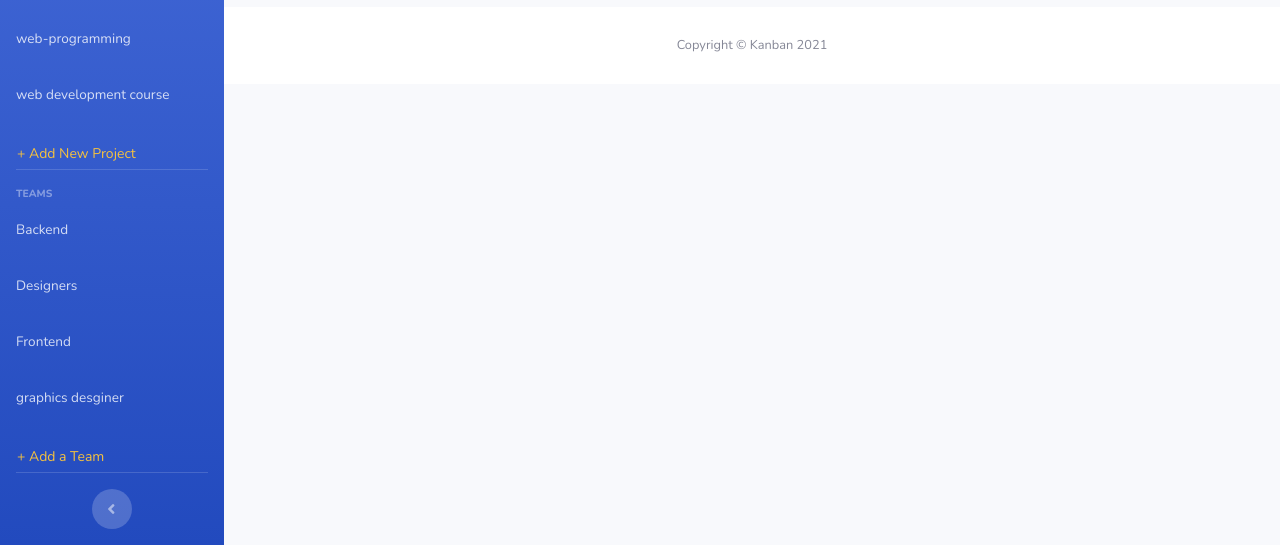
Repository: hassan-0184/webproject.github.io
Page: http://localhost/
These files come from the project's save history. The page is drawn as it stood at one moment and after the next save; the edit follows.
The browser window is 1280 px wide. The pictures show the part of the page from y = 494 to 1039 px (the page is 1039 px tall).
Pictures or frames that could not be fetched are drawn as grey boxes. The page is run by PHP 8.4 with error messages shown; the project is at /var/www/html/. The session is filled in as if someone had signed in: {"member_id": 1}. Other server files are loaded and not shown. The database holds what the project's SQL file puts in it.

Above is the page before, as saved 2022-05-23 12:43:48.
Console error: TypeError: Cannot read properties of null (reading 'length')

### index.php
<?php include "header.php" ?>

        <!-- Content Wrapper -->
        <div id="content-wrapper" class="d-flex flex-column">

            <!-- Main Content -->
            <div id="content">

                <!-- Topbar -->
                <nav class="navbar navbar-expand navbar-light bg-white topbar mb-4 static-top shadow">

                    <!-- Sidebar Toggle (Topbar) -->
                    <button id="sidebarToggleTop" class="btn btn-link d-md-none rounded-circle mr-3">
                        <i class="fa fa-bars"></i>
                    </button>

                    <!-- Topbar Navbar -->
                    <ul class="navbar-nav ml-auto">


                        <div class="topbar-divider d-none d-sm-block"></div>

                        <!-- Nav Item - User Information -->
                        <li class="nav-item dropdown no-arrow">
                            <a class="nav-link dropdown-toggle" href="#" id="userDropdown" role="button"
                                data-toggle="dropdown" aria-haspopup="true" aria-expanded="false">
                                <span class="mr-2 d-none d-lg-inline text-gray-600 small"><?php echo $member_info['0']['m_name']; ?></span>
                                <img class="img-profile rounded-circle"
                                    src="img/undraw_profile.svg">
                            </a>
                            <!-- Dropdown - User Information -->
                            <div class="dropdown-menu dropdown-menu-right shadow animated--grow-in"
                                aria-labelledby="userDropdown">

                                <a class="dropdown-item" href="#logout.php" data-toggle="modal" data-target="#logoutModal">
                                    <i class="fas fa-sign-out-alt fa-sm fa-fw mr-2 text-gray-400"></i>
                                    Logout
                                </a>
                            </div>
                        </li>

                    </ul>

                </nav>
                <!-- End of Topbar -->
            <!-- Footer -->
            <center>


        <div>
            <!-- Google Map Copied Code -->
            <iframe src=
"https://www.google.com/maps/embed?pb=!1m18!1m12!1m3!1d3506.2233913121413!2d77.4051603706222!3d28.50292593193056!2m3!1f0!2f0!3f0!3m2!1i1024!2i768!4f13.1!3m3!1m2!1s0x390ce626851f7009%3A0x621185133cfd1ad1!2sGeeksforGeeks!5e0!3m2!1sen!2sin!4v1585040658255!5m2!1sen!2sin"
                    width="400"
                    height="400"
                    frameborder="0"
                    style="border:0;"
                    allowfullscreen=""
                    aria-hidden="false"
                    tabindex="0">
            </iframe>
        </div>
    </center>
            <footer class="sticky-footer bg-white">
                <div class="container my-auto">

                    <div class="copyright text-center my-auto">
                        <span>Copyright &copy; Kanban 2021</span>
                    </div>
                </div>
            </footer>
            <!-- End of Footer -->

        </div>
        <!-- End of Content Wrapper -->

    </div>
    <!-- End of Page Wrapper -->

    <!-- Scroll to Top Button-->
    <a class="scroll-to-top rounded" href="#page-top">
        <i class="fas fa-angle-up"></i>
    </a>

    <!-- Logout Modal-->
    <div class="modal fade" id="logoutModal" tabindex="-1" role="dialog" aria-labelledby="exampleModalLabel"
        aria-hidden="true">
        <div class="modal-dialog" role="document">
            <div class="modal-content">
                <div class="modal-header">
                    <h5 class="modal-title" id="exampleModalLabel">Ready to Leave?</h5>
                    <button class="close" type="button" data-dismiss="modal" aria-label="Close">
                        <span aria-hidden="true">×</span>
                    </button>
                </div>
                <div class="modal-body">Select "Logout" below if you are ready to end your current session.</div>
                <div class="modal-footer">
                    <button class="btn btn-secondary" type="button" data-dismiss="modal">Cancel</button>
                    <a class="btn btn-primary" href="logout.php">Logout</a>
                </div>
            </div>
        </div>



    </div>

    <!-- Bootstrap core JavaScript-->
    <script src="vendor/jquery/jquery.min.js"></script>
    <script src="vendor/bootstrap/js/bootstrap.bundle.min.js"></script>

    <!-- Core plugin JavaScript-->
    <script src="vendor/jquery-easing/jquery.easing.min.js"></script>

    <!-- Custom scripts for all pages-->
    <script src="js/sb-admin-2.min.js"></script>

    <!-- Page level plugins -->
    <script src="vendor/chart.js/Chart.min.js"></script>

    <!-- Page level custom scripts -->
    <script src="js/demo/chart-area-demo.js"></script>
    <script src="js/demo/chart-pie-demo.js"></script>

</body>
<script>
    $(document).ready(function(){
        <?php include_once 'footer.php'; ?>
    });
</script>

</html>

### header.php
<?php include_once "db.php";
session_start();

if (!isset($_SESSION['member_id']))
  header('location:login.php');
$id = $_SESSION['member_id'];
?>

<?php
        $member_info = $db->get_member_info($id);
?>
<!DOCTYPE html>
<html lang="en">

<head>

    <meta charset="utf-8">
    <meta http-equiv="X-UA-Compatible" content="IE=edge">
    <meta name="viewport" content="width=device-width, initial-scale=1, shrink-to-fit=no">
    <meta name="description" content="">
    <meta name="author" content="">

    <title>Kanban</title>

    <!-- Custom fonts for this template-->
    <link href="vendor/fontawesome-free/css/all.min.css" rel="stylesheet" type="text/css">
    <link
        href="https://fonts.googleapis.com/css?family=Nunito:200,200i,300,300i,400,400i,600,600i,700,700i,800,800i,900,900i"
        rel="stylesheet">

    <!-- Custom styles for this template-->
    <link href="css/sb-admin-2.min.css" rel="stylesheet">

</head>

<body id="page-top">

    <!-- Page Wrapper -->
    <div id="wrapper">

        <!-- Sidebar -->
        <ul class="navbar-nav bg-gradient-primary sidebar sidebar-dark accordion" id="accordionSidebar">

            <!-- Sidebar - Brand -->
            <a class="sidebar-brand d-flex align-items-center justify-content-center" href="#">
                <div class="sidebar-brand-icon rotate-n-15">
                    <i class="fas fa-laugh-wink"></i>

                </div>
                <div class="sidebar-brand-text mx-2">
                   <?php echo $member_info['0']['m_role']; ?>
                </div>

            </a>
            <div class="sidebar-heading mt-3 ">



                <div class=" sidebar-heading "  id = "completed_open_tasks">

                  <?php $total = $db->count_tasks_per_member($member_info[0]['m_id'], "Not"); ?>
                  <span class="fonts_txt">Completed Tasks <span class="ml-2 fonts_num text-white"><?php echo $total; ?></span>    </span>
                  <?php $total = $db->count_tasks_per_member($member_info[0]['m_id'], "NULL"); ?>
                  <span class="fonts_txt">Open Tasks <span class="ml-2 fonts_num text-white"><?php echo $total; ?></span>    </span>
              </div>


              </div>

            <!-- Divider -->
            <hr class="sidebar-divider my-0">
            <!-- Nav Item - Dashboard -->
            <li class="nav-item">
                <a class="nav-link" href="index.php">
                    <i class="fas fa-fw fa-tachometer-alt"></i>
                    <span>Dashboard</span></a>
            </li>

            <!-- Divider -->
            <hr class="sidebar-divider">

            <!-- Heading -->
            <div class="sidebar-heading">
                Projects
            </div>

            <!-- Nav Item - Pages Collapse Menu -->

            <div id = "project_names">
              <?php
              $total_projects = $db->count_total_projects($id);
              if ($total_projects > 0)
              {
                $projects_names = $db->get_all_projects($id);
                foreach($projects_names as $row)
                {
                  ?>
                  <li class="nav-item">
                  <a class="nav-link" href="project_backlog.php?page=<?php echo $row['p_id']; ?>">

                      <span><?php echo $row['p_name']; ?></span></a>
                  </li>
                  <?php
                }
              }
              ?>

            </div>




            <!-- Nav Item - Utilities Collapse Menu -->
            <?php if ($member_info[0]['m_role'] == 'Team Lead')
            {?><button type="button" class="btn btn-sm btn-outline-warning text-left ml-2" id = "add_task" data-toggle="modal" data-target="#add_project_modal">
                + Add New Project
            </button>
            <?php }?>
            <!-- Divider -->
            <hr class="sidebar-divider">

            <!-- Heading -->
            <div class="sidebar-heading">
                TEAMS
            </div>

            <!-- Nav Item - Pages Collapse Menu -->


            <!-- Nav Item - Charts -->
            <div id = "team_names">
              <?php
              $total_teams = $db->count_total_teams();
              if ($total_teams > 0)
              {
                $team_name = $db->get_all_teams();
                foreach($team_name as $row)
                {
                  ?>
                  <li class="nav-item">
                  <a class="nav-link" href="team.php?page=<?php echo $row['team_id']; ?>">
                      <span><?php echo $row['t_name']; ?></span></a>
                  </li>
                  <?php
                }
              }
              ?>

            </div>
            <?php if ($member_info[0]['m_role'] == 'Team Lead')
            {?>
            <button type="button" class="btn btn-sm btn-outline-warning text-left ml-2 click_team" id = "add_task" data-toggle="modal" data-target="#add_team_modal">
                + Add a Team
            </button><?php }?>

<!-- Modal - Add Project -->
<div class="modal fade" id="add_project_modal" tabindex="-1" role="dialog" aria-labelledby="exampleModalCenterTitle" aria-hidden="true">
    <div class="modal-dialog modal-dialog-centered" role="document">
      <div class="modal-content">
        <div class="modal-header">
          <h5 class="modal-title" id="exampleModalLongTitle">Add a New Project</h5>
          <button type="button" class="close" data-dismiss="modal" aria-label="Close">
            <span aria-hidden="true">&times;</span>
          </button>
        </div>
        <div class="modal-body">
           <form action="javascript:void(0);" class = "form" id = "add-project-form" method = "POST">
                  <div class = "row form-group">
                    <div class = "col-12 form-group">
                      <label for="project_name">Project Name</label>
                      <input type="text" id = "add_project_name" name = "add_project_name" placeholder = "Title of the Project" value="" class="form-control">
                      <span id = "error_p_name" class = "text-danger"></span>
                    </div>
                  </div>
                  <div class = "row form-group">
                    <div class = "col-12 form-group">
                      <label for="project_description">Project Description</label>
                      <input type="text" id = "add_project_description" name = "add_project_description" placeholder = "e.g. What the project is about?" value="" class="form-control">
                      <span id = "error_p_description" class = "text-danger"></span>
                    </div>
                  </div>
                  <div class = "row form-group">
                    <div class = "col-12 form-group">
                       <label for="project_team">Team</label>
                        <select name="project_team_name" id="project_team_name" class = "float-left js-example-basic-single form-control w-100" style="margin-bottom: 10px">
                        <option value="NULL">Select</option>
                         <?php $teams = $db->get_all_teams(); ?>
                          <?php foreach ($teams as $team){ ?>
                          <option value="<?php echo $team['team_id']; ?>" ><?php echo $team['t_name'];  ?></option>
                          <?php } ?>
                    </select>
                     <span id = "error_p_team" class = "text-danger"></span>
                    </div>
                  </div>
                  <input type="submit" id = "add_project_submit" name = "add_project_submit" class = "w-100 btn btn-success btn-lg btn-block" value ="Add Project">



                </form> <!-- Form end -->
        </div>
      </div>
    </div>
  </div>


<!-- Modal - Add Team -->
<div class="modal fade" id="add_team_modal" tabindex="-1" role="dialog" aria-labelledby="exampleModalCenterTitle" aria-hidden="true">
    <div class="modal-dialog modal-dialog-centered" role="document">
      <div class="modal-content">
        <div class="modal-header">
          <h5 class="modal-title" id="exampleModalLongTitle">Add a New Team</h5>
          <button type="button" class="close" data-dismiss="modal" aria-label="Close">
            <span aria-hidden="true">&times;</span>
          </button>
        </div>
        <div class="modal-body">
           <form action="javascript:void(0);" class = "form" id = "add-team-form" method = "POST">
                  <div class = "row form-group">
                    <div class = "col-12 form-group">
                      <label for="name">Team Name</label>
                      <input type="text" id = "add_team_name" name = "add_team_name" placeholder = "e.g. Designers or Backend" value="" class="form-control">
                      <span id = "error_t_team" class = "text-danger"></span>
                    </div>
                  </div>
                  <input type="submit" id = "add_team_submit" name = "add_team_submit" class = "w-100 btn btn-success btn-lg btn-block" value ="Add Team">

                  <div id = "success-msg" class="w-75" style = "margin-bottom: 30px;">
                  </div>



                </form> <!-- Form end -->
        </div>
      </div>
    </div>
  </div>
            <!-- Divider -->
            <hr class="sidebar-divider d-none d-md-block">

            <!-- Sidebar Toggler (Sidebar) -->
            <div class="text-center d-none d-md-inline">
                <button class="rounded-circle border-0" id="sidebarToggle"></button>
            </div>

        </ul>
        <!-- End of Sidebar -->

### footer.php
$("#add_team_modal").on('submit', function(e){
			e.preventDefault();
            var team_name = $('#add_team_name').val();
			$.ajax({
				url: 'action.php',
				method: 'POST',
				data: {team_name: team_name, action:"Add_Team"},
				dataType: 'json',
				beforeSend:function()
				{
					$('#add_team_submit').val('Validating...');
					$('#add_team_submit').attr('disabled', true);
				},
				success: function(data)
				{
                    $('#add_team_submit').val('Add Task');
					$('#add_team_submit').attr('disabled', false);
					if (data.success)
					{
						$("#add_team_modal").modal("toggle");
                        $("#team_names").load(location.href + " #team_names");
					}
					if (data.error)
					{
						if (data.error_t_team != '')
							$('#error_t_team').text(data.error_t_name);
						else
							$('#error_t_team').text('');
					}
				}
			});
		});

 $("#add_project_modal").on('submit', function(e){
			e.preventDefault();
            var project_name = $('#add_project_name').val();
            var project_description = $('#add_project_description').val();
            var team_name = $('#project_team_name').val();
			$.ajax({
				url: 'action.php',
				method: 'POST',
				data: {project_name: project_name, team_name: team_name, project_description: project_description, action:"Add_Project"},
				dataType: 'json',
				beforeSend:function()
				{
					$('#add_project_submit').val('Validating...');
					$('#add_project_submit').attr('disabled', true);
				},
				success: function(data)
				{
                    $('#add_project_submit').val('Add Project');
					$('#add_project_submit').attr('disabled', false);
					if (data.success)
					{
						$("#add_project_modal").modal("toggle");
                        $("#project_names").load(location.href + " #project_names");
					}
					if (data.error)
					{
						if (data.error_p_name == 'Project Name is Required')
						{
                            $('#error_p_name').text(data.error_p_name);
                        }
                        else
							$('#error_p_name').text('');
                        if (data.error_p_description == 'Project Description is Required')
						{
                        	$('#error_p_description').text(data.error_p_description);
                        }
                        else
							$('#error_p_description').text('');
                        if (data.error_p_team == 'Team is Required')
						{
                            $('#error_p_team').text(data.error_p_team);
                        }
                        else
							$('#error_p_team').text('');
					}
				}
			});
		});

### website (2).sql (the tables this page reads)
CREATE TABLE `tbl_member` (
  `m_id` int(11) NOT NULL,
  `m_name` varchar(50) NOT NULL,
  `m_username` varchar(50) NOT NULL,
  `m_password` varchar(50) NOT NULL,
  `m_role` varchar(50) NOT NULL,
  `team_id` int(11) DEFAULT NULL
) ENGINE=InnoDB DEFAULT CHARSET=utf8mb4;

INSERT INTO `tbl_member` (`m_id`, `m_name`, `m_username`, `m_password`, `m_role`, `team_id`) VALUES
(1, 'Hassan Ashas', 'hassanashas', '123', 'Team Lead', 1),
(2, 'Talha Ayub', 'talha', '123', 'Junior Developer', 1),
(5, 'Noman Khan', 'noman', '123', 'Team Lead', 2),
(10, 'hassan shahzad', 'hassan', '123', 'Team Lead', 4),
(18, 'Talha', 'talha123', '123', 'Junior Developer', 1),
(19, 'Ashas', 'ashas', '123', 'Junior Developer', 1);

ALTER TABLE `tbl_member`
  ADD PRIMARY KEY (`m_id`),
  ADD KEY `member-project` (`team_id`);

ALTER TABLE `tbl_member`
  MODIFY `m_id` int(11) NOT NULL AUTO_INCREMENT, AUTO_INCREMENT=20;

ALTER TABLE `tbl_member`
  ADD CONSTRAINT `member-project` FOREIGN KEY (`team_id`) REFERENCES `tbl_team` (`team_id`) ON DELETE SET NULL ON UPDATE CASCADE;

CREATE TABLE `tbl_project` (
  `p_id` int(11) NOT NULL,
  `p_name` varchar(100) NOT NULL,
  `p_about` varchar(500) NOT NULL,
  `team_id` int(11) DEFAULT NULL
) ENGINE=InnoDB DEFAULT CHARSET=utf8mb4;

INSERT INTO `tbl_project` (`p_id`, `p_name`, `p_about`, `team_id`) VALUES
(1, 'Flex Management System', 'Development of a online platform for easier communication between students and teachers', 1),
(3, 'Project 3', 'Related to Backend development', 1),
(4, 'School Management System', 'Creating a School management system', 2),
(5, 'FYP Management System', 'A platform for FYPs', 1),
(6, 'XYZ', 'Nothing really', 2),
(7, 'ABC', 'Details', 1),
(8, 'CCD', 'Details', 2),
(9, 'Test Project', 'Test Description', 1),
(10, 'web-programming', 'my course project', 4),
(11, 'web-programming', 'my course project', 1),
(12, ' web development course', 'my course project', 1);

ALTER TABLE `tbl_project`
  ADD PRIMARY KEY (`p_id`),
  ADD KEY `project-team` (`team_id`);

ALTER TABLE `tbl_project`
  MODIFY `p_id` int(11) NOT NULL AUTO_INCREMENT, AUTO_INCREMENT=13;

ALTER TABLE `tbl_project`
  ADD CONSTRAINT `project-team` FOREIGN KEY (`team_id`) REFERENCES `tbl_team` (`team_id`) ON DELETE SET NULL ON UPDATE CASCADE;

CREATE TABLE `tbl_task` (
  `t_id` int(11) NOT NULL,
  `t_name` varchar(100) NOT NULL,
  `t_description` varchar(500) NOT NULL,
  `project_id` int(11) NOT NULL,
  `member_id` int(11) DEFAULT NULL,
  `status` varchar(20) NOT NULL DEFAULT 'todo',
  `last_update` timestamp NOT NULL DEFAULT current_timestamp()
) ENGINE=InnoDB DEFAULT CHARSET=utf8mb4;

INSERT INTO `tbl_task` (`t_id`, `t_name`, `t_description`, `project_id`, `member_id`, `status`, `last_update`) VALUES
(1, 'Admin Portal Creation', 'Creating a portal in which admin will be able to manage teachers and students in the Flex', 1, 1, 'todo', '2021-08-06 21:28:53'),
(2, 'Teacher Portal Creation', 'Creating teacher\'s portal for management', 1, 1, 'doing', '2021-08-06 21:29:00'),
(3, 'Attendance System', 'Creating a system of attendance with which teacher can take attendance of students', 1, 2, 'done', '2021-08-06 21:12:20'),
(4, 'Hello', 'None', 1, 2, 'done', '2021-08-06 21:18:40'),
(6, 'Email Verification', 'Confirming Email verification ', 1, 1, 'testing', '2021-08-06 21:30:50'),
(7, 'Phone Verification', 'etc.', 1, 2, 'completed', '2021-08-05 10:58:17'),
(8, 'Phone Verification #2', 'etc.', 1, 2, 'todo', '2021-08-06 21:31:07'),
(14, 'email validation', 'check on Gmail', 12, 1, 'doing', '2022-05-23 07:12:25');

ALTER TABLE `tbl_task`
  ADD PRIMARY KEY (`t_id`),
  ADD KEY `task-member` (`member_id`),
  ADD KEY `task-project` (`project_id`);

ALTER TABLE `tbl_task`
  MODIFY `t_id` int(11) NOT NULL AUTO_INCREMENT, AUTO_INCREMENT=15;

ALTER TABLE `tbl_task`
  ADD CONSTRAINT `task-member` FOREIGN KEY (`member_id`) REFERENCES `tbl_member` (`m_id`) ON DELETE CASCADE ON UPDATE CASCADE,
  ADD CONSTRAINT `task-project` FOREIGN KEY (`project_id`) REFERENCES `tbl_project` (`p_id`) ON DELETE CASCADE ON UPDATE CASCADE;

CREATE TABLE `tbl_team` (
  `team_id` int(11) NOT NULL,
  `t_name` varchar(100) NOT NULL
) ENGINE=InnoDB DEFAULT CHARSET=utf8mb4;

INSERT INTO `tbl_team` (`team_id`, `t_name`) VALUES
(1, 'Backend'),
(2, 'Designers'),
(4, 'Frontend'),
(11, 'graphics desginer');

ALTER TABLE `tbl_team`
  ADD PRIMARY KEY (`team_id`);

ALTER TABLE `tbl_team`
  MODIFY `team_id` int(11) NOT NULL AUTO_INCREMENT, AUTO_INCREMENT=12;

Loaded but not shown: css/sb-admin-2.min.css (library); js/sb-admin-2.min.js (common file); js/demo/chart-area-demo.js (common file); js/demo/chart-pie-demo.js (common file); img/undraw_profile.svg (38 lines, source omitted); db.php (331 lines, source omitted)

After the next save:
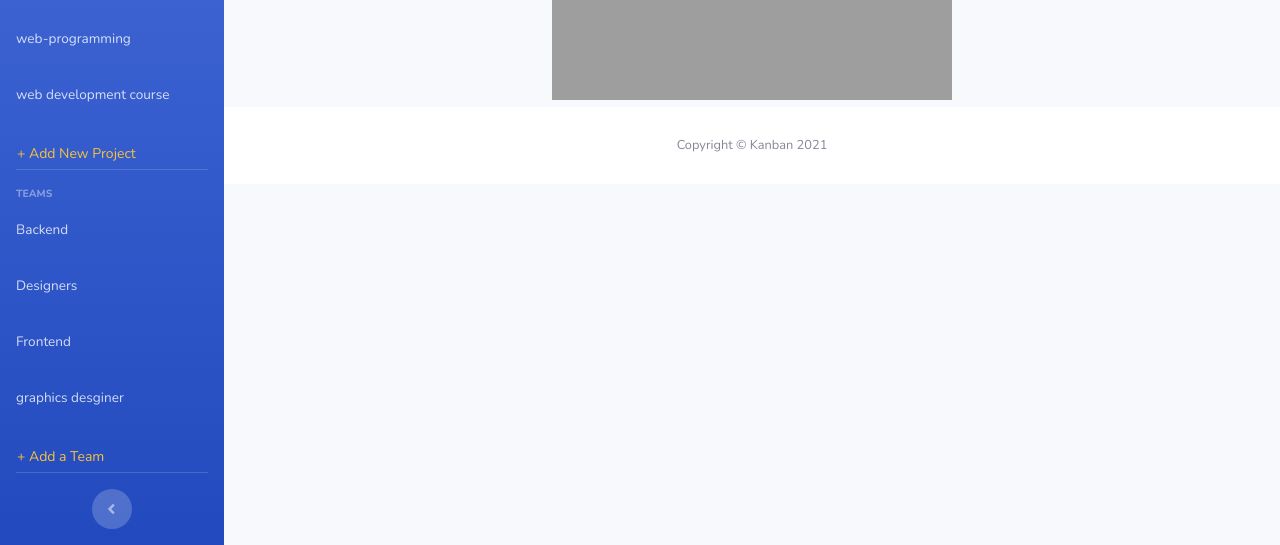
Saved 14 s later.
--- a/index.php
+++ b/index.php
@@ -52,7 +52,7 @@
             <iframe src=
 "https://www.google.com/maps/embed?pb=!1m18!1m12!1m3!1d3506.2233913121413!2d77.4051603706222!3d28.50292593193056!2m3!1f0!2f0!3f0!3m2!1i1024!2i768!4f13.1!3m3!1m2!1s0x390ce626851f7009%3A0x621185133cfd1ad1!2sGeeksforGeeks!5e0!3m2!1sen!2sin!4v1585040658255!5m2!1sen!2sin"
                     width="400"
-                    height="400"
+                    height="500"
                     frameborder="0"
                     style="border:0;"
                     allowfullscreen=""
